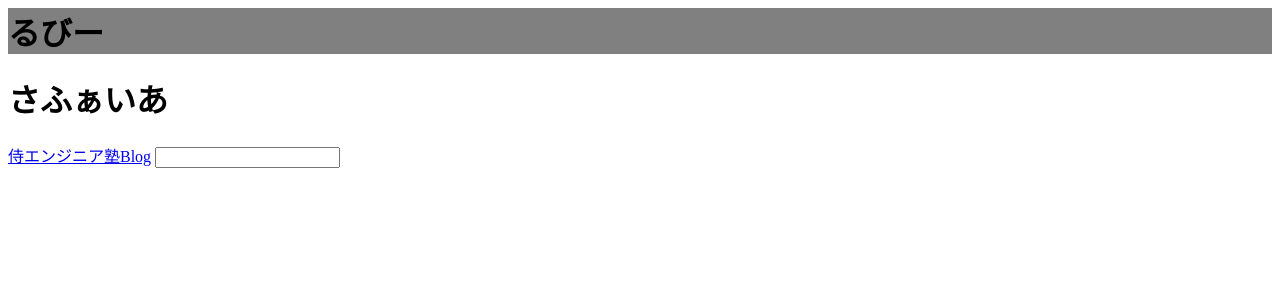
Repository: nya5/samurai_HTML-CSS
Page: fuga/hoge.html
The author's editor kept a record of every edit. The page is drawn from the files as they stood at one moment, then again after the next edit.
The browser window is 1280 px wide. The pictures show the whole page.

Above is the page before.

After the next edit:
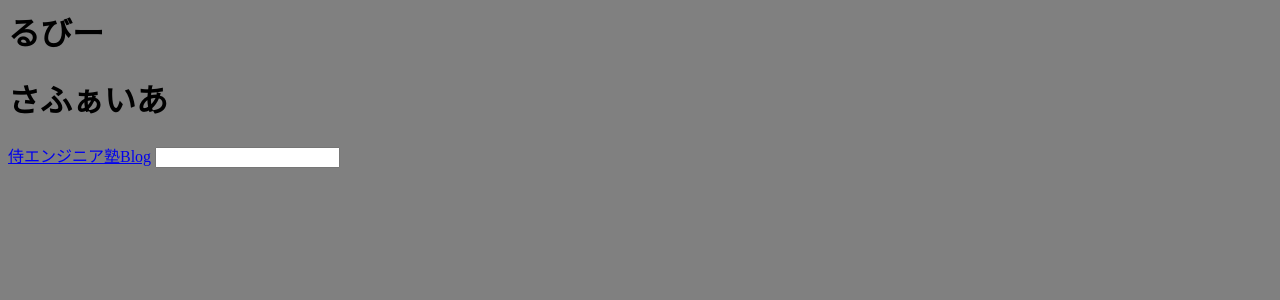
The edit:
--- a/fuga/hoge.html
+++ b/fuga/hoge.html
@@ -12,7 +12,7 @@
             input:focus {
                 background-color: green;
             }
-            h1:first-child {
+            :root {
                 background-color: gray;
             }
         </style>
